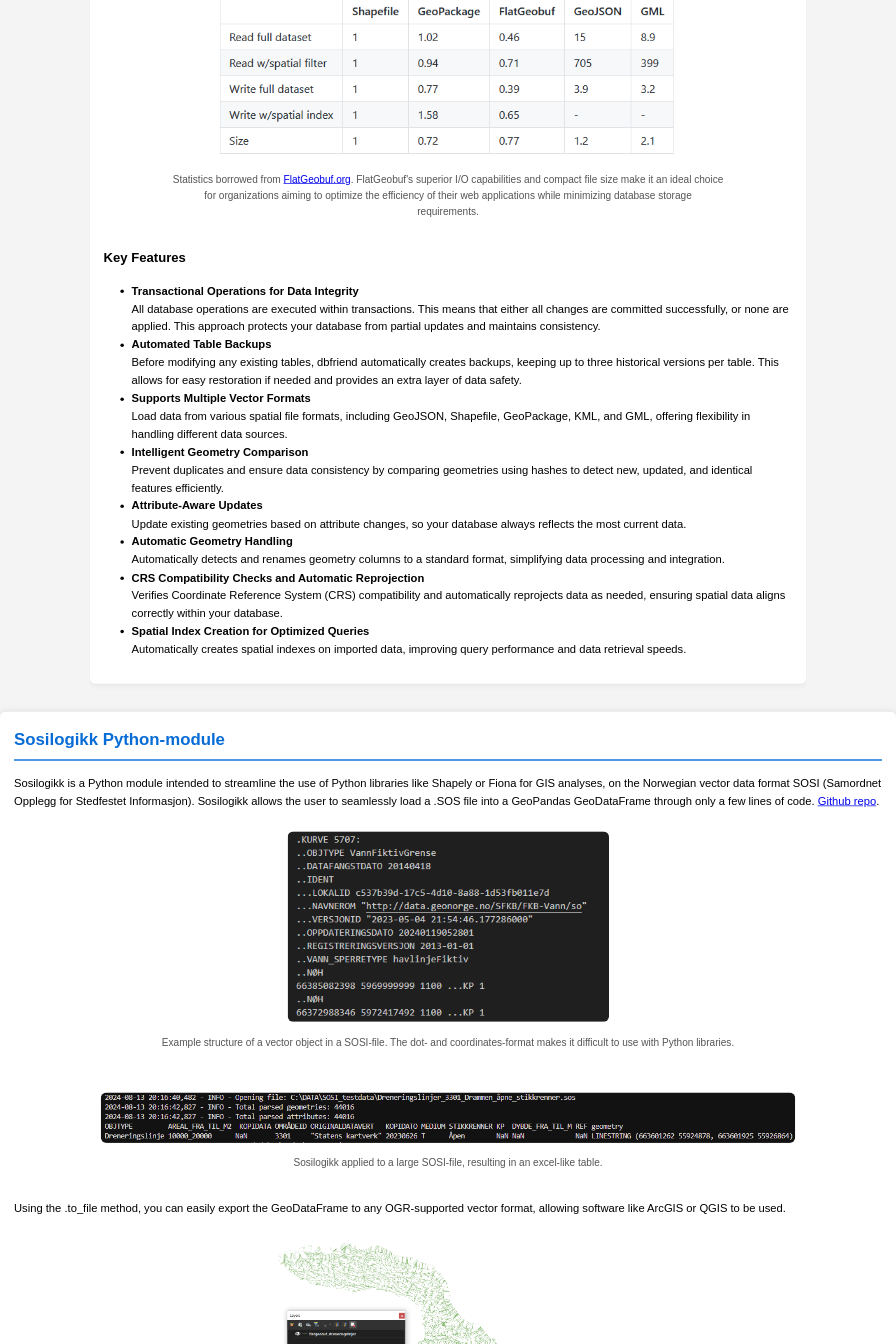
Repository: jesperfjellin/jesper-fjellin-pages
Page: index.html
These files come from the project's save history. The page is drawn as it stood at one moment and after the next save; the edit follows.
The browser window is 1280 px wide. The pictures show the part of the page from y = 834 to 2754 px (the page is 5175 px tall before and 5086 px after), at 70% of full size.

Above is the page before, as saved 2024-11-07 23:49:54.

After the next save:
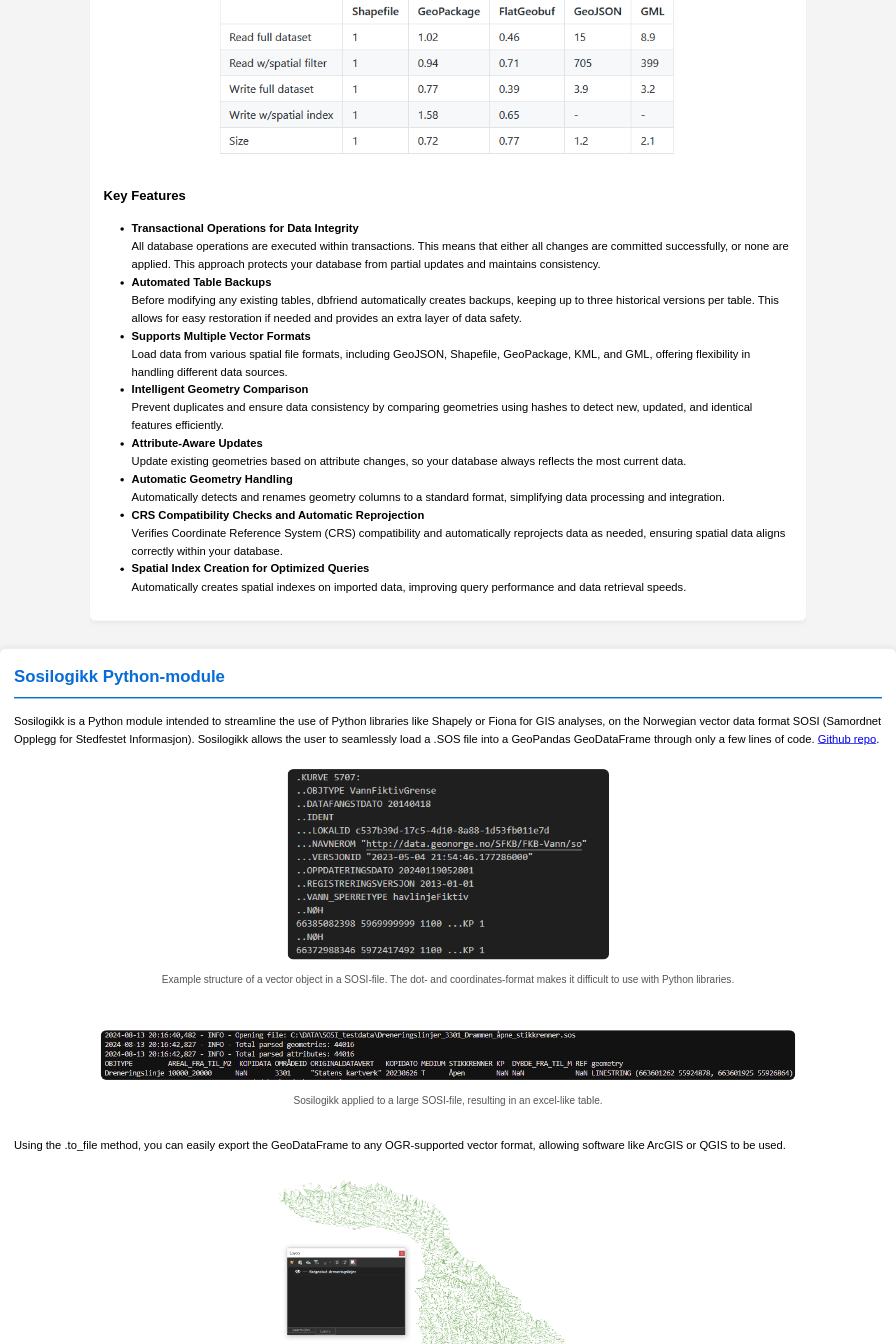
Saved 23 s later.
--- a/index.html
+++ b/index.html
@@ -91,7 +91,6 @@
             <iframe src="https://flatgeobuf-map-276140f7467f.herokuapp.com/" height="450px"></iframe>
             <div class="centered-content">
                 <img src="images/flatgeobuf_results.png" alt="Flatgeobuf performance results">
-                <p>Statistics borrowed from <a href="https://flatgeobuf.org/" target="_blank">FlatGeobuf.org</a>. FlatGeobuf's superior I/O capabilities and compact file size make it an ideal choice for organizations aiming to optimize the efficiency of their web applications while minimizing database storage requirements.</p>
             </div>
 
             <!-- New Feature List -->
